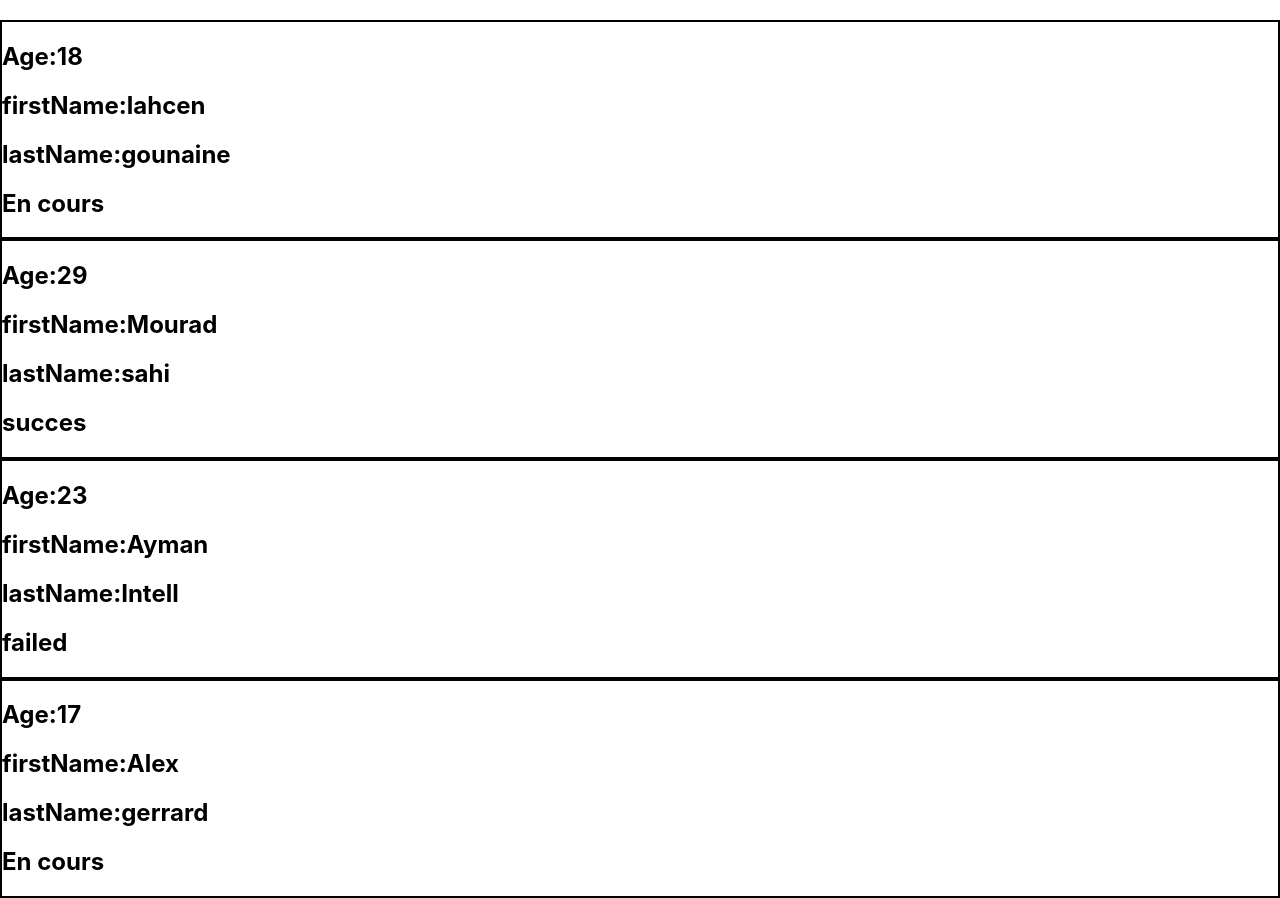
Repository: gounaine/Add_candidat
Page: /
An editor plug-in stored every save of this project. The page is shown before and after the next save, followed by the edit.
The browser window is 1280 px wide. The pictures show the whole page.
The project was rebuilt for these pictures with package versions that can differ from the ones it lists, and the page was loaded fresh each time.

Above is the page before, as saved 2024-05-26 19:40:36.

After the next save:
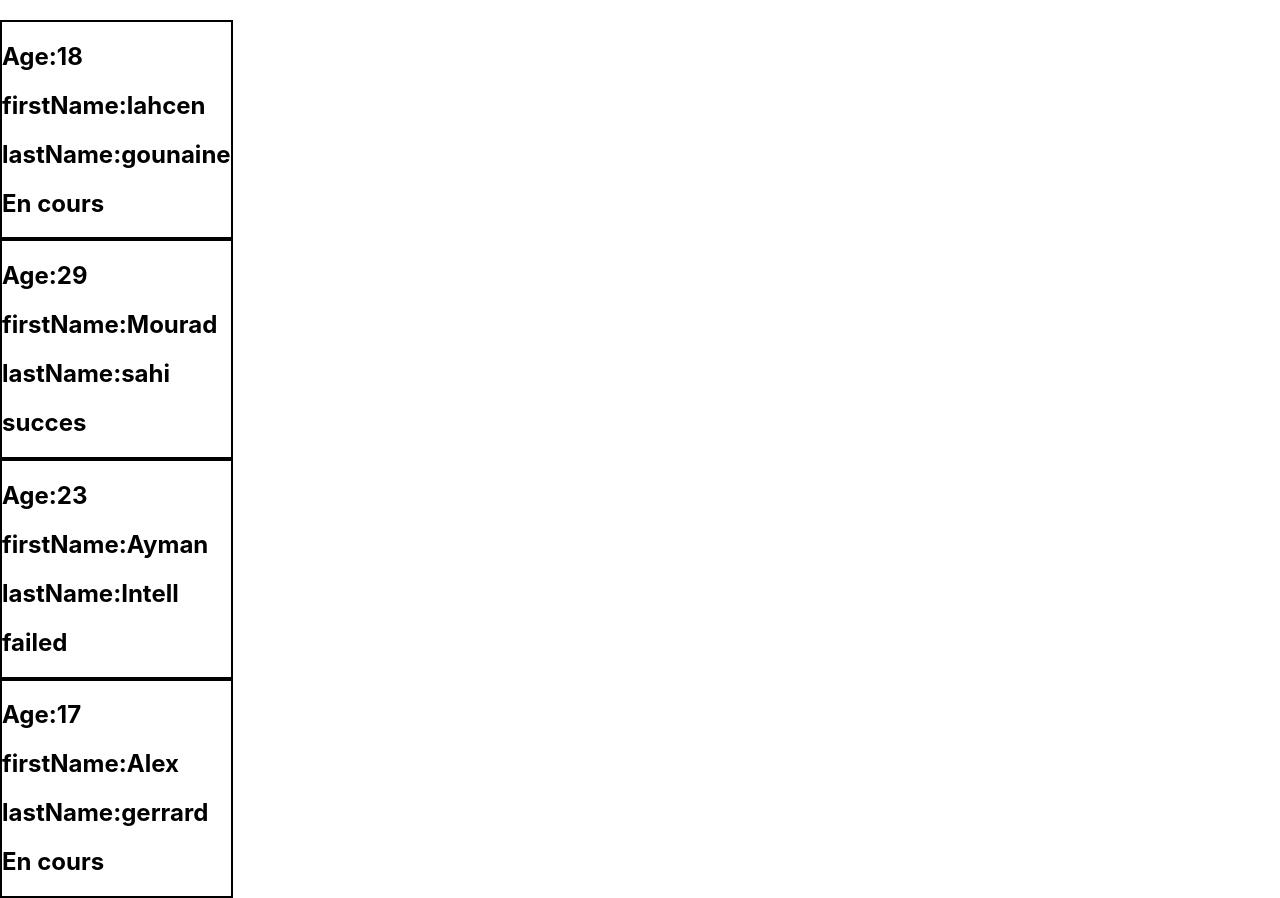
Saved 65 s later.
--- a/src/App.css
+++ b/src/App.css
@@ -45,3 +45,8 @@
   font-family: monospace;
 
 }
+body{
+  display: flex;
+  justify-items: center;
+  align-items:center;
+}

After the 4 saves that followed:
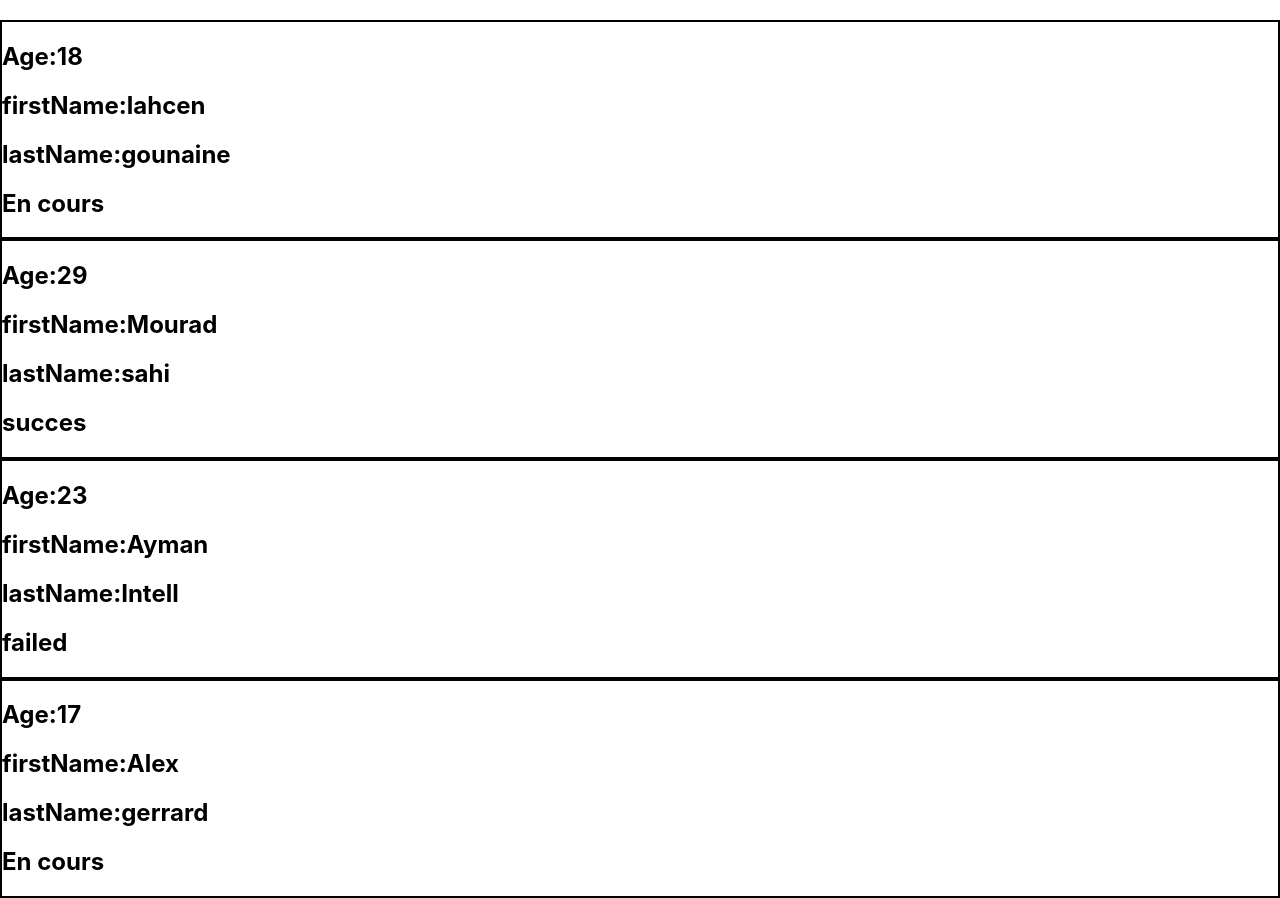
The 4 saves are shown as one change because 3 left the picture as it was.
The last was saved 60 s later.
--- a/src/App.css
+++ b/src/App.css
@@ -46,7 +46,7 @@
 
 }
 body{
-  display: flex;
-  justify-items: center;
-  align-items:center;
+
+
+
 }
